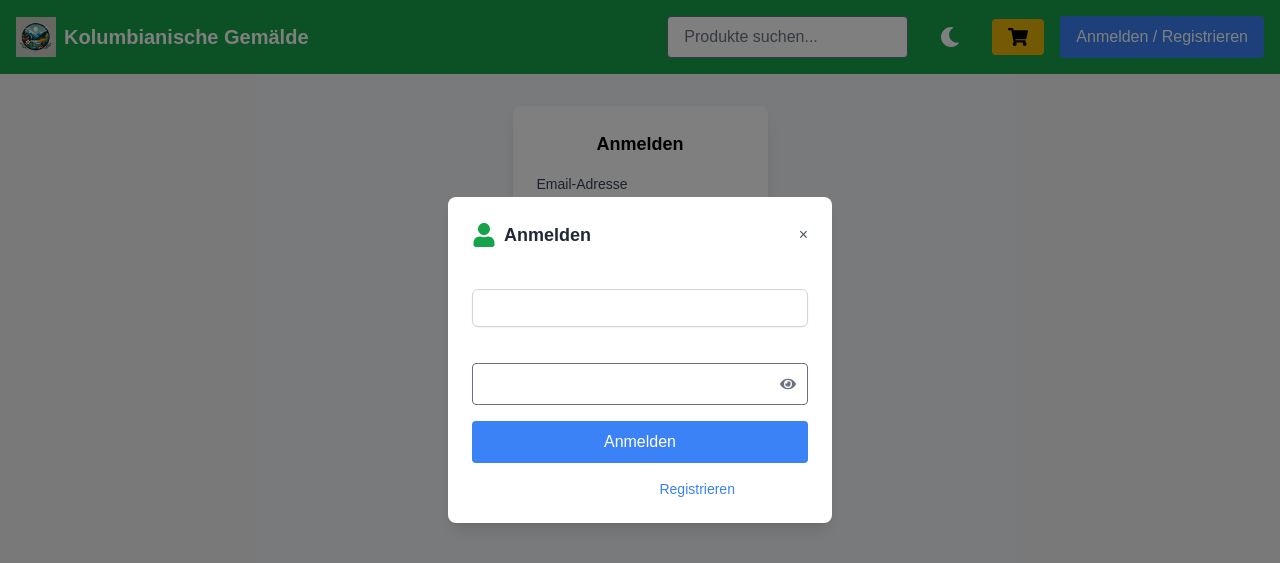
Repository: alixchaparrov/bilder-shop
Page: /, after clicking the first element matching `button.bg-blue-500`
The author's editor kept a copy of each file at every save. The page is drawn from the files as they stood at one save, then again after the next save.
The browser window is 1280 px wide. The pictures show the whole page.
The page's requests for data from a server got no answer. The project was rebuilt for these pictures with package versions that can differ from the ones it lists, and the page was loaded fresh each time. The framework's server and built-in components were replaced by stand-ins that run in the browser. No one was signed in, and anything a server would have sent is missing. Also part of the build but not shown: next.config.ts, src/store/cartStore.ts, src/app/components/ProductCard.tsx.

Above is the page before, as saved 2025-01-06 14:37:32.

### src/app/layout.tsx
"use client";

import "./globals.css";
import { AuthProvider } from "../context/AuthContext";

export default function RootLayout({
  children,
}: {
  children: React.ReactNode;
}) {
  return (
    <html lang="de">
      <head>
        <title>Kolumbianische Gemälde</title>
        <meta
          name="description"
          content="Galerie von kolumbianischen Landschaftsgemälden. Entdecken Sie die Schönheit Kolumbiens durch unsere einzigartigen Kunstwerke."
        />
        <meta
          name="keywords"
          content="Kolumbianische Kunst, Landschaftsgemälde, Gemälde kaufen"
        />
        <link rel="icon" href="/favicon.ico" />
      </head>
      <body>
        <AuthProvider>
          {children}
        </AuthProvider>
      </body>
    </html>
  );
}

### src/app/page.tsx
"use client";

import { useState, useEffect } from "react";
import client from "@/lib/sanity";
import ProductCard from "@/app/components/ProductCard";
import Navbar from "@/app/components/Navbar";
import { useCartStore } from "@/store/cartStore";
import { useAuth } from "../context/AuthContext";

export default function Home() {
  const [searchQuery, setSearchQuery] = useState(""); // Estado para la búsqueda
  const [darkMode, setDarkMode] = useState(false); // Estado para modo oscuro
  const [products, setProducts] = useState([]); // Estado para los productos
  const { user, login, register } = useAuth(); // Contexto de autenticación
  const [currentPage, setCurrentPage] = useState(1); // Estado para la paginación
  const itemsPerPage = 6; // Número de productos por página
  const [email, setEmail] = useState("");
  const [password, setPassword] = useState("");
  const [error, setError] = useState<string | null>(null);

  useEffect(() => {
    const fetchProducts = async () => {
      try {
        const fetchedProducts = await client.fetch(`*[_type == "product"]`);
        setProducts(fetchedProducts);
      } catch (err) {
        console.error("Error al cargar productos:", err);
      }
    };

    fetchProducts();
  }, []);

  const handleLogin = async (e: React.FormEvent) => {
    e.preventDefault();
    setError(null);
    try {
      await login(email, password);
    } catch (err: any) {
      setError(err.message || "Error al iniciar sesión.");
    }
  };

  const filteredProducts = products.filter((product) =>
    product.name.toLowerCase().includes(searchQuery.toLowerCase())
  );

  const totalPages = Math.ceil(filteredProducts.length / itemsPerPage);

  const displayedProducts = filteredProducts.slice(
    (currentPage - 1) * itemsPerPage,
    currentPage * itemsPerPage
  );

  if (!user) {
    // Mostrar formulario de inicio de sesión
    return (
      <div
        className={`min-h-screen flex flex-col ${
          darkMode ? "bg-gray-900 text-white" : "bg-gray-100 text-black"
        }`}
      >
        <Navbar
          searchQuery={searchQuery}
          setSearchQuery={setSearchQuery}
          toggleDarkMode={() => setDarkMode(!darkMode)}
          darkMode={darkMode}
        />
        <main className="flex-grow pt-24 p-4 sm:p-8 max-w-7xl mx-auto">
          <div className="bg-white rounded-lg shadow-lg p-6 w-full max-w-sm mx-auto">
            <h2 className="text-lg font-semibold text-center mb-4">Anmelden</h2>
            {error && <p className="text-red-500 text-sm">{error}</p>}
            <form onSubmit={handleLogin} className="space-y-4">
              <div>
                <label htmlFor="email" className="block text-sm font-medium text-gray-700">
                  Email-Adresse
                </label>
                <input
                  id="email"
                  type="email"
                  placeholder="Email"
                  value={email}
                  onChange={(e) => setEmail(e.target.value)}
                  className="mt-1 block w-full rounded-md border-gray-300 shadow-sm focus:ring-blue-500 focus:border-blue-500 sm:text-sm"
                  required
                />
              </div>
              <div>
                <label htmlFor="password" className="block text-sm font-medium text-gray-700">
                  Passwort
                </label>
                <input
                  id="password"
                  type="password"
                  placeholder="Passwort"
                  value={password}
                  onChange={(e) => setPassword(e.target.value)}
                  className="mt-1 block w-full rounded-md border-gray-300 shadow-sm focus:ring-blue-500 focus:border-blue-500 sm:text-sm"
                  required
                />
              </div>
              <button
                type="submit"
                className="w-full bg-blue-500 hover:bg-blue-600 text-white font-semibold py-2 rounded-md focus:outline-none"
              >
                Anmelden
              </button>
            </form>
          </div>
        </main>
      </div>
    );
  }

  // Mostrar productos si el usuario está autenticado
  return (
    <div
      className={`min-h-screen flex flex-col ${
        darkMode ? "bg-gray-900 text-white" : "bg-gray-100 text-black"
      }`}
    >
      <Navbar
        searchQuery={searchQuery}
        setSearchQuery={setSearchQuery}
        toggleDarkMode={() => setDarkMode(!darkMode)}
        darkMode={darkMode}
      />
      <main className="flex-grow pt-24 p-4 sm:p-8 max-w-7xl mx-auto">
        <h2 className="text-2xl sm:text-3xl lg:text-4xl font-semibold text-center mb-6">
          Unsere Gemälde
        </h2>
        {filteredProducts.length > 0 ? (
          <div className="grid grid-cols-1 sm:grid-cols-2 lg:grid-cols-3 gap-6">
            {displayedProducts.map((product) => (
              <ProductCard key={product._id} product={product} />
            ))}
          </div>
        ) : (
          <p className="text-center text-gray-500">Keine Produkte gefunden.</p>
        )}

        <div className="flex justify-center items-center mt-8 space-x-4">
          <button
            className="bg-gray-300 px-4 py-2 rounded-lg"
            disabled={currentPage === 1}
            onClick={() => setCurrentPage(1)}
          >
            Inicio
          </button>
          <button
            className="bg-gray-300 px-4 py-2 rounded-lg"
            disabled={currentPage === 1}
            onClick={() => setCurrentPage(currentPage - 1)}
          >
            Anterior
          </button>
          <span>
            Página {currentPage} de {totalPages}
          </span>
          <button
            className="bg-gray-300 px-4 py-2 rounded-lg"
            disabled={currentPage === totalPages}
            onClick={() => setCurrentPage(currentPage + 1)}
          >
            Siguiente
          </button>
          <button
            className="bg-gray-300 px-4 py-2 rounded-lg"
            disabled={currentPage === totalPages}
            onClick={() => setCurrentPage(totalPages)}
          >
            Final
          </button>
        </div>
      </main>
    </div>
  );
}

### src/app/globals.css
@tailwind base;
@tailwind components;
@tailwind utilities;

/* Variables de color */
:root {
  --background: #ffffff; /* Fondo claro */
  --foreground: #000000; /* Texto oscuro */
  --primary: #00704A; /* Verde primario */
  --secondary: #FFB400; /* Amarillo vibrante */
  --accent: #D62828; /* Rojo cálido */
}

.dark {
  --background: #000000; /* Fondo oscuro */
  --foreground: #ffffff; /* Texto claro */
  --primary: #34D399; /* Verde más claro para fondo oscuro */
  --secondary: #FACC15; /* Amarillo claro para fondo oscuro */
  --accent: #EF4444; /* Rojo vibrante */
}

@media (prefers-color-scheme: dark) {
  :root {
    --background: #0a0a0a;
    --foreground: #ededed;
  }
}

/* Estilo general */
body {
  color: var(--foreground);
  background: var(--background);
  font-family: Arial, Helvetica, sans-serif;
  line-height: 1.6; /* Mejor legibilidad */
}

/* Espaciado adicional */
main {
  padding-top: 6rem; /* Más espacio debajo de la barra de navegación */
}

/* Botones */
.btn-primary {
  @apply px-4 py-2 font-bold rounded transition duration-300;
}

.btn-green {
  @apply bg-green-500 text-white px-4 py-2 rounded-lg hover:bg-green-600 active:scale-95 shadow-sm;
}

.btn-yellow {
  @apply bg-yellow-500 text-black px-4 py-2 rounded-lg hover:bg-yellow-600 active:scale-95 shadow-sm;
}

.btn-gray {
  @apply bg-gray-600 text-gray-400 opacity-50 cursor-not-allowed shadow-none px-4 py-2;
}

/* Botón del carrito */
.cart-button {
  @apply relative flex items-center justify-center p-2 rounded-full bg-yellow-500 hover:bg-yellow-600 transition-colors duration-300 shadow-md;
}

.cart-counter {
  @apply absolute -top-1 -right-1 bg-red-500 text-white rounded-full w-6 h-6 flex items-center justify-center text-sm font-bold shadow-lg;
}

/* Iconos */
.icon-cart {
  @apply flex items-center justify-center rounded-full p-2 shadow-md;
  background-color: var(--secondary);
  color: var(--foreground);
  transition: transform 0.3s;
}

.icon-cart:hover {
  @apply scale-105;
}

.icon-cart-badge {
  @apply absolute bg-red-500 text-white rounded-full flex items-center justify-center text-xs font-bold;
  width: 1.5rem;
  height: 1.5rem;
  top: -0.5rem;
  right: -0.5rem;
  box-shadow: 0 2px 4px rgba(0, 0, 0, 0.2);
}

/* Modal del carrito */
.modal-overlay {
  @apply fixed inset-0 bg-black bg-opacity-60 flex justify-center items-center z-50;
}

.modal-content {
  @apply bg-white text-black dark:bg-gray-800 dark:text-gray-200 p-6 rounded-lg shadow-lg max-w-lg w-full;
}

.modal-content .text-lg {
  font-size: 1.125rem;
}

.modal-content .text-xl {
  font-size: 1.25rem;
  font-weight: bold;
  color: var(--primary); /* Usa tu color principal */
}


.modal-header {
  @apply text-lg font-bold mb-4 text-center;
}

.modal-close {
  @apply mt-4 w-full bg-gray-800 text-white py-2 rounded hover:bg-gray-700 dark:bg-gray-600 dark:hover:bg-gray-500;
}

/* Estilo para las tarjetas */
.card {
  @apply bg-card shadow-card rounded-lg overflow-hidden flex flex-col transition-transform duration-300 hover:scale-105 hover:shadow-lg;
}

.card-title {
  @apply text-lg sm:text-xl font-serif font-bold;
}

.card-description {
  @apply text-sm sm:text-base text-gray-600;
}

.card-price {
  @apply text-lg font-semibold text-accent mt-2;
}

.cart-button {
  @apply relative flex items-center justify-center p-2 rounded-full bg-yellow-500 hover:bg-yellow-600 transition-colors duration-300 shadow-md;
}

.cart-counter {
  @apply absolute -top-1 -right-1 bg-red-500 text-white rounded-full w-6 h-6 flex items-center justify-center text-sm font-bold shadow-lg;
}

/* Estilo para inputs */
input[type="text"] {
  @apply px-4 py-2 rounded border focus:outline-none focus:ring-2 focus:ring-secondary;
  transition: box-shadow 0.3s;
  color: #000 !important;
}

/* Transiciones suaves */
button {
  transition: transform 0.3s ease, background-color 0.3s ease, color 0.3s ease;
}

button:hover {
  transform: translateY(-2px);
}

button:active {
  transform: scale(0.95);
}

/* Contenedor de las tarjetas */
.grid-container {
  @apply gap-8;
}


/* Ajustes específicos para el diseño */
.navbar {
  @apply bg-primary text-textLight fixed top-0 left-0 right-0 z-50 flex justify-between items-center p-4;
}

.navbar input {
  @apply bg-white border-gray-300 rounded px-4 py-2 focus:outline-none focus:ring-2 focus:ring-secondary;
}

.footer {
  @apply bg-gray-800 text-white text-center py-6;
}

.modal {
  position: fixed; /* Para que esté fijo en la pantalla */
  top: 50%; /* Centrar verticalmente */
  left: 50%; /* Centrar horizontalmente */
  transform: translate(-50%, -50%); /* Ajuste para centrar correctamente */
  z-index: 1000; /* Asegúrate de que esté encima de otros elementos */
  background-color: white; /* Fondo del modal */
  padding: 20px; /* Espaciado interno */
  border-radius: 10px; /* Bordes redondeados */
  box-shadow: 0 4px 6px rgba(0, 0, 0, 0.1); /* Sombra */
  width: 90%; /* Ajusta el ancho según lo que necesites */
  max-width: 400px; /* Ancho máximo */
}

.modal-overlay {
  position: fixed;
  top: 0;
  left: 0;
  width: 100%;
  height: 100%;
  background: rgba(0, 0, 0, 0.6); /* Fondo semitransparente */
  display: flex;
  justify-content: center;
  align-items: center;
  z-index: 999; /* Por encima de todo */
}

.modal-content {
  background: white;
  border-radius: 10px; /* Bordes redondeados */
  box-shadow: 0 4px 12px rgba(0, 0, 0, 0.15); /* Sombra */
  padding: 20px;
  width: 90%; /* Asegura que se adapte a pantallas pequeñas */
  max-width: 400px; /* Ancho máximo */
  animation: fadeIn 0.3s ease-in-out; /* Animación */
}


@keyframes fadeIn {
  from {
    opacity: 0;
    transform: scale(0.9);
  }
  to {
    opacity: 1;
    transform: scale(1);
  }
}

.modal-close {
  position: absolute;
  top: 10px;
  right: 10px;
  background: none;
  border: none;
  font-size: 1.5rem;
  cursor: pointer;
  color: #555;
  transition: color 0.2s;
}

.modal-close:hover {
  color: #000;
}

### src/context/AuthContext.tsx
import { createContext, useContext, useState, ReactNode } from "react";

interface User {
  id: number;
  name: string;
  email: string;
  role: string;
}

interface AuthContextType {
  user: User | null;
  login: (email: string, password: string) => Promise<void>;
  register: (name: string, email: string, password: string) => Promise<void>;
  logout: () => void;
}

const AuthContext = createContext<AuthContextType | null>(null);

export const AuthProvider = ({ children }: { children: ReactNode }) => {
  const [user, setUser] = useState<User | null>(null);

  const login = async (email: string, password: string): Promise<void> => {
    try {
      const response = await fetch("/api/auth/nextauth", {
        method: "POST",
        headers: { "Content-Type": "application/json" },
        body: JSON.stringify({ email, password }),
      });

      if (!response.ok) {
        const error = await response.json();
        throw new Error(error.error);
      }

      const data = await response.json();
      setUser(data.user);
    } catch (error) {
      console.error("Error en login:", error);
      throw error;
    }
  };

  const register = async (
    name: string,
    email: string,
    password: string
  ): Promise<void> => {
    try {
      const response = await fetch("/api/register", {
        method: "POST",
        headers: { "Content-Type": "application/json" },
        body: JSON.stringify({ name, email, password }),
      });

      if (!response.ok) {
        const error = await response.json();
        throw new Error(error.error);
      }

      const data = await response.json();
      setUser(data.user); // Puedes decidir si autenticar automáticamente después del registro
    } catch (error) {
      console.error("Error en register:", error);
      throw error;
    }
  };

  const logout = (): void => {
    setUser(null);
    localStorage.removeItem("user"); // Si estás usando almacenamiento persistente
    window.location.href = "/";
  };

  return (
    <AuthContext.Provider value={{ user, login, register, logout }}>
      {children}
    </AuthContext.Provider>
  );
};

export const useAuth = () => {
  const context = useContext(AuthContext);
  if (!context) {
    throw new Error("useAuth debe ser utilizado dentro de un AuthProvider.");
  }
  return context;
};

### src/lib/sanity.ts
import { createClient } from "@sanity/client";
import imageUrlBuilder from "@sanity/image-url";

const client = createClient({
  projectId: process.env.SANITY_PROJECT_ID || "mo3mvugi",
  dataset: process.env.SANITY_DATASET || "production",
  apiVersion: "2023-01-01",
  useCdn: true,
  token: process.env.SANITY_WRITE_TOKEN,
});

const builder = imageUrlBuilder(client);

export const urlFor = (source) => builder.image(source);

export default client;

### src/app/components/Navbar.tsx
"use client";

import { useState, useEffect } from "react";
import { useRouter } from "next/navigation";
import { useAuth } from "../../context/AuthContext";
import { FaShoppingCart, FaMoon, FaSun } from "react-icons/fa";
import AuthModal from "../components/AuthModalContent";

export default function Navbar({
  searchQuery,
  setSearchQuery,
  toggleDarkMode,
  darkMode,
}: {
  searchQuery: string;
  setSearchQuery: (value: string) => void;
  toggleDarkMode: () => void;
  darkMode: boolean;
}) {
  const [isCartOpen, setIsCartOpen] = useState(false);
  const [isAuthModalOpen, setIsAuthModalOpen] = useState(false);
  const { user, logout } = useAuth();
  const router = useRouter();

  useEffect(() => {
    if (user?.role === "admin") {
      router.push("/admin/dashboard"); // Redirigir automáticamente al dashboard si es admin
    }
  }, [user, router]);

  return (
    <nav className="flex justify-between items-center p-4 bg-green-600 text-white">
      <div className="flex items-center">
        <img src="/images/logo.png" alt="Logo" className="h-10 w-10 mr-2" />
        <h1 className="text-xl font-bold">Kolumbianische Gemälde</h1>
      </div>

      <div className="flex items-center space-x-4">
        <input
          type="text"
          placeholder="Produkte suchen..."
          className="px-4 py-2 rounded-lg text-black"
          value={searchQuery}
          onChange={(e) => setSearchQuery(e.target.value)}
        />
        <button className="px-4 py-2 rounded-lg" onClick={toggleDarkMode}>
          {darkMode ? <FaSun size={20} /> : <FaMoon size={20} />}
        </button>

        <button
          className="relative flex items-center space-x-2 bg-yellow-500 hover:bg-yellow-600 text-black px-4 py-2 rounded"
          onClick={() => setIsCartOpen(true)}
        >
          <FaShoppingCart size={20} />
        </button>

        {user ? (
          <div className="flex items-center space-x-4">
            <span>Willkommen, {user.name}</span>
            {user.role === "admin" && (
              <button
                className="bg-blue-500 hover:bg-blue-600 text-white px-4 py-2 rounded"
                onClick={() => router.push("/admin/dashboard")}
              >
                Dashboard
              </button>
            )}
            <button
              onClick={logout}
              className="bg-red-500 hover:bg-red-600 text-white px-4 py-2 rounded"
            >
              Abmelden
            </button>
          </div>
        ) : (
          <button
            onClick={() => setIsAuthModalOpen(true)}
            className="bg-blue-500 hover:bg-blue-600 text-white px-4 py-2 rounded"
          >
            Anmelden / Registrieren
          </button>
        )}
      </div>

      {/* Render del Modal */}
      {isAuthModalOpen && (
        <AuthModal onClose={() => setIsAuthModalOpen(false)} />
      )}
    </nav>
  );
}

### src/app/components/AuthModalContent.tsx
"use client";

import { useState } from "react";
import { useAuth } from "../../context/AuthContext";
import { FaUser, FaEye, FaEyeSlash } from "react-icons/fa";

export default function AuthModal({ onClose }: { onClose: () => void }) {
  const { login, register } = useAuth();
  const [name, setName] = useState("");
  const [email, setEmail] = useState("");
  const [password, setPassword] = useState("");
  const [isRegistering, setIsRegistering] = useState(false);
  const [error, setError] = useState<string | null>(null);
  const [showPassword, setShowPassword] = useState(false);
  const [loading, setLoading] = useState(false);

  const handleSubmit = async (e: React.FormEvent) => {
    e.preventDefault();
    setError(null);
    setLoading(true);
    try {
      if (isRegistering) {
        await register(name, email, password);
        alert("Registrierung erfolgreich");
      } else {
        await login(email, password);
        alert("Anmeldung erfolgreich");
      }
      onClose();
    } catch (err: any) {
      setError(err.message || "Ein Fehler ist aufgetreten.");
    } finally {
      setLoading(false);
    }
  };

  return (
    <div
      className="fixed inset-0 flex items-center justify-center bg-black bg-opacity-50 z-50"
      onClick={onClose}
    >
      <div
        className="bg-white rounded-lg shadow-lg p-6 w-full max-w-sm"
        onClick={(e) => e.stopPropagation()}
      >
        <div className="flex items-center justify-between mb-4">
          <div className="flex items-center space-x-2">
            <FaUser size={24} className="text-green-600" />
            <h2 className="text-lg font-semibold text-gray-800">
              {isRegistering ? "Registrieren" : "Anmelden"}
            </h2>
          </div>
          <button
            onClick={onClose}
            className="text-gray-600 hover:text-gray-800 focus:outline-none"
          >
            &times;
          </button>
        </div>

        <form onSubmit={handleSubmit} className="space-y-4">
          {error && <p className="text-red-500 text-sm">{error}</p>}
          {isRegistering && (
            <div>
              <label htmlFor="name" className="block text-sm font-medium">
                Benutzername
              </label>
              <input
                id="name"
                type="text"
                value={name}
                onChange={(e) => setName(e.target.value)}
                className="w-full p-2 border rounded"
              />
            </div>
          )}
          <div>
            <label htmlFor="email" className="block text-sm font-medium">
              Email-Adresse
            </label>
            <input
              id="email"
              type="email"
              value={email}
              onChange={(e) => setEmail(e.target.value)}
              className="mt-1 block w-full rounded-md border-gray-300 shadow-sm focus:ring-blue-500 focus:border-blue-500 sm:text-sm text-black"
            />
          </div>
          <div>
            <label htmlFor="password" className="block text-sm font-medium">
              Passwort
            </label>
            <div className="relative">
              <input
                id="password"
                type={showPassword ? "text" : "password"}
                value={password}
                onChange={(e) => setPassword(e.target.value)}
                className="w-full p-2 border rounded"
              />
              <button
                type="button"
                onClick={() => setShowPassword(!showPassword)}
                className="absolute inset-y-0 right-0 px-3 text-gray-500"
              >
                {showPassword ? <FaEyeSlash /> : <FaEye />}
              </button>
            </div>
          </div>
          <button
            type="submit"
            disabled={loading}
            className="w-full bg-blue-500 text-white p-2 rounded"
          >
            {loading
              ? "Bitte warten..."
              : isRegistering
              ? "Registrieren"
              : "Anmelden"}
          </button>
        </form>

        <div className="mt-4 text-sm text-center">
          {isRegistering ? (
            <p>
              Haben Sie ein Konto?{" "}
              <button
                type="button"
                onClick={() => setIsRegistering(false)}
                className="text-blue-500"
              >
                Anmelden
              </button>
            </p>
          ) : (
            <p>
              Noch kein Konto?{" "}
              <button
                type="button"
                onClick={() => setIsRegistering(true)}
                className="text-blue-500"
              >
                Registrieren
              </button>
            </p>
          )}
        </div>
      </div>
    </div>
  );
}

### tailwind.config.ts
import type { Config } from "tailwindcss";

const config: Config = {
  content: [
    "./src/**/*.{js,ts,jsx,tsx}",
    "./src/pages/**/*.{js,ts,jsx,tsx}",
    "./src/components/**/*.{js,ts,jsx,tsx}",
    "./src/app/**/*.{js,ts,jsx,tsx}",
  ],
  theme: {
    extend: {
      colors: {
        primary: "#00704A",
        secondary: "#FFB400",
        accent: "#D62828",
        background: "#F3F4F6",
        card: "#FFFFFF",
        textDark: "#1B1B1B",
        textLight: "#FAFAFA",
      },
      fontFamily: {
        sans: ["Poppins", "sans-serif"],
        serif: ["Merriweather", "serif"],
      },
      boxShadow: {
        card: "0 4px 6px rgba(0, 0, 0, 0.1)",
      },
    },
  },
  darkMode: "class",
  plugins: [require("@tailwindcss/forms")],
};

export default config;

After the next save:
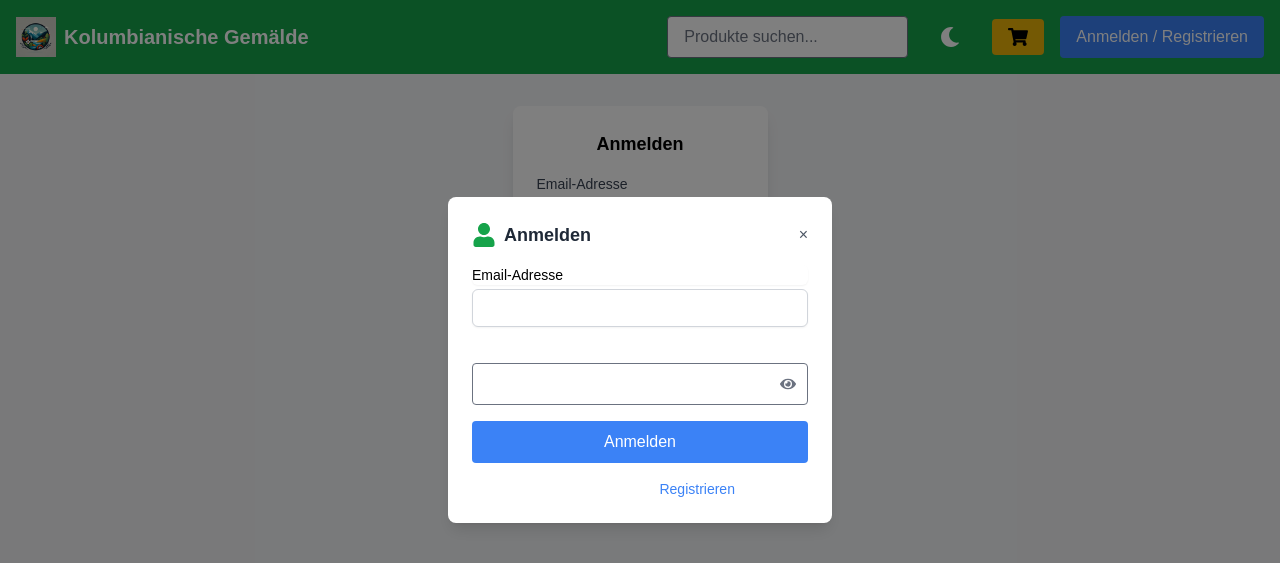
Saved 15 s later.
--- a/src/app/components/AuthModalContent.tsx
+++ b/src/app/components/AuthModalContent.tsx
@@ -75,7 +75,7 @@ export default function AuthModal({ onClose }: { onClose: () => void }) {
             </div>
           )}
           <div>
-            <label htmlFor="email" className="block text-sm font-medium">
+            <label htmlFor="email" className="mt-1 block w-full rounded-md border-gray-300 shadow-sm focus:ring-blue-500 focus:border-blue-500 sm:text-sm text-black">
               Email-Adresse
             </label>
             <input
